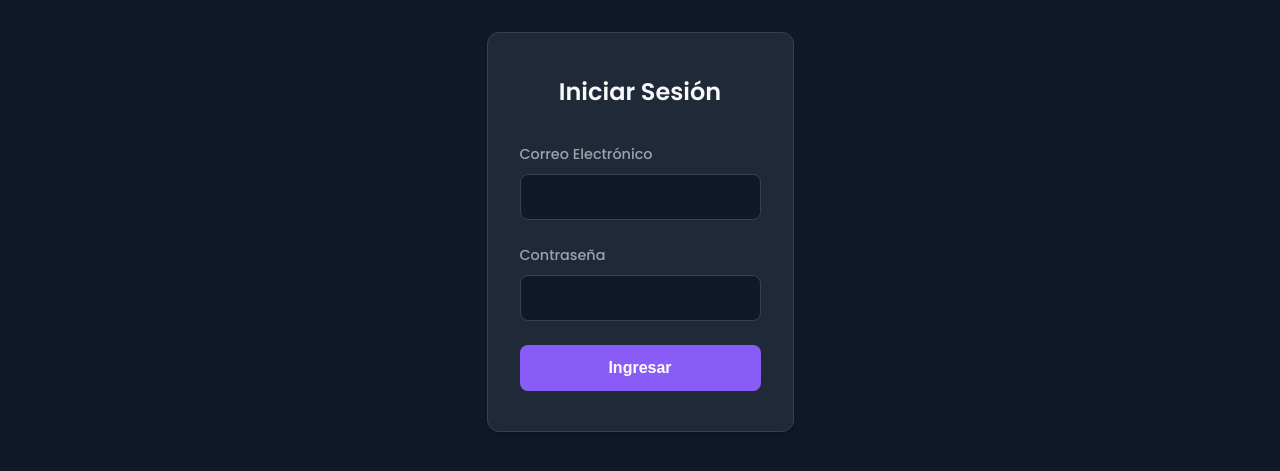
Repository: hercules830/nexa-control-app
Page: /
An editor plug-in stored every save of this project. The page is shown before and after the next save, followed by the edit.
The browser window is 1280 px wide. The pictures show the whole page.
The project was rebuilt for these pictures with package versions that can differ from the ones it lists, and the page was loaded fresh each time. Also part of the build but not shown: vite.config.js, src/pages/DashboardPage.module.css, src/pages/DashboardPage.jsx.

Above is the page before, as saved 2025-08-30 14:51:28.

### index.html
<!doctype html>
<html lang="en">
  <head>
    <meta charset="UTF-8" />
    <link rel="icon" type="image/svg+xml" href="/vite.svg" />
    <meta name="viewport" content="width=device-width, initial-scale=1.0" />

    <link rel="preconnect" href="https://fonts.googleapis.com">
    <link rel="preconnect" href="https://fonts.gstatic.com" crossorigin>
    <link
      href="https://fonts.googleapis.com/css2?family=Poppins:wght@300;400;500;600&display=swap"
      rel="stylesheet">

    <title>Vite + React</title>
  </head>
  <body>
    <div id="root"></div>
    <script type="module" src="/src/main.jsx"></script>
  </body>
</html>

### src/index.css
/* src/index.css */

:root {
    /* Paleta de Colores */
    --color-primary: #8a5cf6; /* Un morado vibrante como acento */
    --color-primary-hover: #7c3aed;
    --color-bg: #111827;      /* Fondo principal (casi negro) */
    --color-surface: #1f2937; /* Color para "tarjetas" y superficies */
    --color-border: #374151;
    --color-text-primary: #f9fafb; /* Texto principal (blanco roto) */
    --color-text-secondary: #9ca3af; /* Texto secundario (gris claro) */

    /* Sombras */
    --shadow-md: 0 4px 6px -1px rgba(0, 0, 0, 0.1), 0 2px 4px -2px rgba(0, 0, 0, 0.1);
  }

  * {
    margin: 0;
    padding: 0;
    box-sizing: border-box;
  }

  body {
    font-family: 'Poppins', sans-serif; /* Usamos nuestra nueva fuente */
    background-color: var(--color-bg);
    color: var(--color-text-primary);
    line-height: 1.6;
  }

  #root {
    display: flex;
    justify-content: center;
    padding: 2rem 1rem; /* Más padding en vertical, menos en horizontal para móviles */
    min-height: 100vh;
  }

### src/App.jsx
// src/App.jsx

import { useState } from 'react';
import { AnimatePresence } from 'framer-motion'; // 1. Importamos AnimatePresence
import LoginPage from './pages/LoginPage';
import DashboardPage from './pages/DashboardPage';

// 1. Crearemos un componente simple para el "Dashboard" o la página principal.
//    Más adelante lo moveremos a su propio archivo.

function App() {
  // 2. Creamos el estado de autenticación aquí, en el componente padre.
  //    Por defecto, el usuario no está logueado (false).
  const [isLoggedIn, setIsLoggedIn] = useState(false);

  // 3. Creamos una función que cambia el estado a 'logueado'.
  //    Esta es la función que le pasaremos a LoginPage.
  const handleLoginSuccess = () => {
    setIsLoggedIn(true);
  };

  return (
    <div>
      {/* 4. Aquí ocurre la magia: Renderizado Condicional */}
      {/* Si 'isLoggedIn' es true, muestra el componente DashboardPage. */}
      {/* Si 'isLoggedIn' es false, muestra el componente LoginPage. */}
      {isLoggedIn ? (

        <DashboardPage />
      ) : (
        <LoginPage onLoginSuccess={handleLoginSuccess} />
      )}
    </div>
  );
}

export default App;

### src/pages/LoginPage.jsx
// src/pages/LoginPage.jsx
import { useState } from 'react';
import styles from './LoginPage.module.css'; // 1. Importa el Módulo CSS

function LoginPage({ onLoginSuccess }) {
  const [email, setEmail] = useState('');
  const [password, setPassword] = useState('');

  const CORRECT_EMAIL = 'admin@nexa.com';
  const CORRECT_PASSWORD = '1234';

  const handleSubmit = (event) => {
    event.preventDefault();
    if (email === CORRECT_EMAIL && password === CORRECT_PASSWORD) {
      onLoginSuccess();
    } else {
      alert('Correo o contraseña incorrectos.');
    }
  };

  return (
    // 2. Usa los estilos importados como si fueran un objeto
    <div className={styles.loginContainer}>
      <div className={styles.loginCard}>
        <h2 className={styles.title}>Iniciar Sesión</h2>
        <form onSubmit={handleSubmit} className={styles.form}>
          <div className={styles.inputGroup}>
            <label htmlFor="email" className={styles.label}>Correo Electrónico</label>
            <input
              type="email"
              id="email"
              className={styles.input}
              value={email}
              onChange={(event) => setEmail(event.target.value)}
            />
          </div>
          <div className={styles.inputGroup}>
            <label htmlFor="password" className={styles.label}>Contraseña</label>
            <input
              type="password"
              id="password"
              className={styles.input}
              value={password}
              onChange={(event) => setPassword(event.target.value)}
            />
          </div>
          <button type="submit" className={styles.button}>Ingresar</button>
        </form>
      </div>
    </div>
  );
}

export default LoginPage;

### src/pages/LoginPage.module.css
/* src/pages/LoginPage.module.css */

@keyframes fadeIn {
    from { opacity: 0; transform: translateY(-10px); }
    to { opacity: 1; transform: translateY(0); }
  }

  .loginContainer {
    width: 100%;
    max-width: 400px;
    animation: fadeIn 0.5s ease-out;
  }

  .loginCard {
    background-color: var(--color-surface);
    padding: 2.5rem 2rem;
    border-radius: 12px;
    border: 1px solid var(--color-border);
    box-shadow: var(--shadow-md);
  }

  .title {
    text-align: center;
    margin-bottom: 2rem;
    font-weight: 600;
  }

  .form {
    display: flex;
    flex-direction: column;
    gap: 1.5rem;
  }

  .inputGroup {
    display: flex;
    flex-direction: column;
  }

  .label {
    font-size: 0.9rem;
    font-weight: 500;
    margin-bottom: 0.5rem;
    color: var(--color-text-secondary);
  }

  .input {
    padding: 0.8rem 1rem;
    border: 1px solid var(--color-border);
    border-radius: 8px;
    background-color: var(--color-bg);
    color: var(--color-text-primary);
    font-size: 1rem;
    transition: border-color 0.2s, box-shadow 0.2s;
  }

  .input:focus {
    outline: none;
    border-color: var(--color-primary);
    box-shadow: 0 0 0 3px rgba(138, 92, 246, 0.3);
  }

  .button {
    padding: 0.9rem;
    border: none;
    border-radius: 8px;
    background-color: var(--color-primary);
    color: white;
    font-size: 1rem;
    font-weight: 600;
    cursor: pointer;
    transition: background-color 0.2s;
  }

  .button:hover {
    background-color: var(--color-primary-hover);
  }

Loaded but not shown: src/main.jsx (common file)

After the next save:
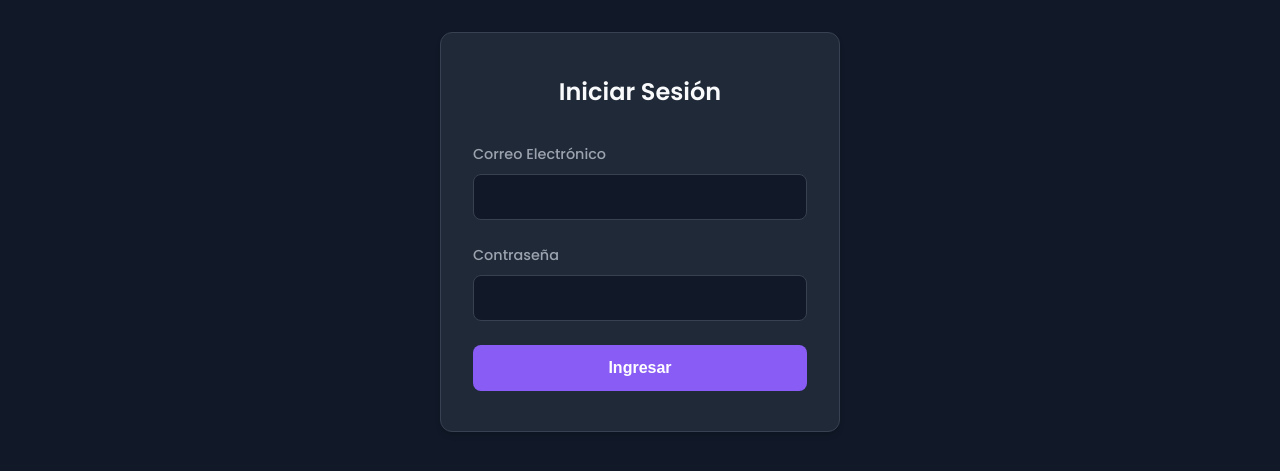
Saved 3 min 42 s later.
--- a/src/App.jsx
+++ b/src/App.jsx
@@ -20,7 +20,7 @@ function App() {
   };
 
   return (
-    <div>
+    <AnimatePresence mode="wait">
       {/* 4. Aquí ocurre la magia: Renderizado Condicional */}
       {/* Si 'isLoggedIn' es true, muestra el componente DashboardPage. */}
       {/* Si 'isLoggedIn' es false, muestra el componente LoginPage. */}
@@ -30,7 +30,7 @@ function App() {
       ) : (
         <LoginPage onLoginSuccess={handleLoginSuccess} />
       )}
-    </div>
+    </AnimatePresence>
   );
 }
 
